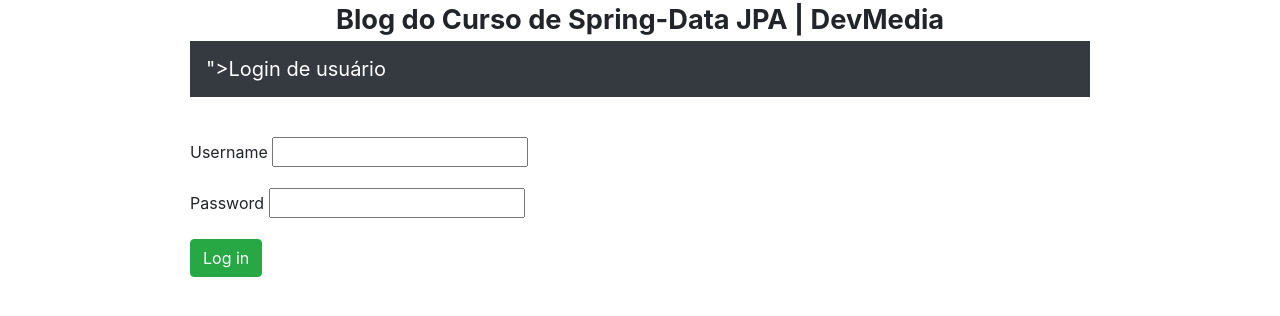
Repository: f4br1c10/Curso-Spring-Devmedia
Page: http://localhost/blog/WEB-INF/views/login.jsp
These files come from the project's save history. The page is drawn as it stood at one moment and after the next save; the edit follows.
The browser window is 1280 px wide. The pictures show the whole page.
The page is served by Tomcat 9. Nobody is signed in. The template is opened directly, without the code that normally fills it, so the values that code supplies are empty.

Above is the page before, as saved 2019-07-09 13:58:25.

After the next save:
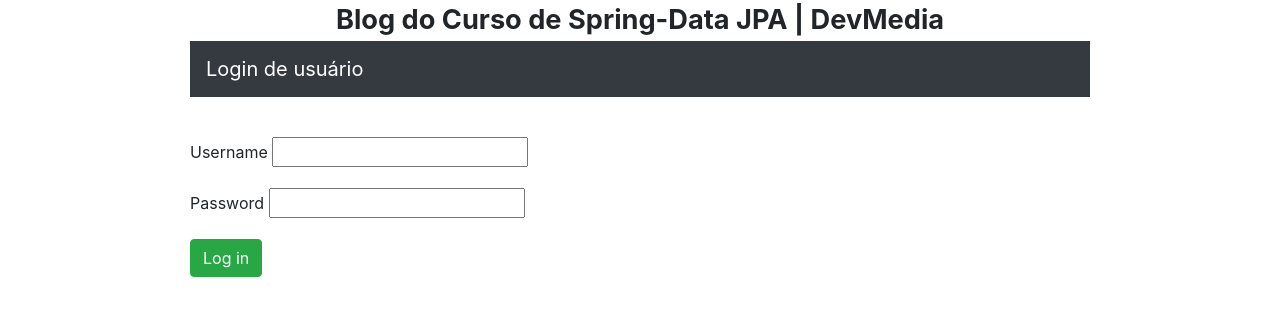
Saved 31 s later.
--- a/blog/src/main/webapp/WEB-INF/views/login.jsp
+++ b/blog/src/main/webapp/WEB-INF/views/login.jsp
@@ -117,7 +117,7 @@
 
 	<fieldset style="font-size: 10pt">
 		<nav class="navbar navbar-expand-lg navbar-dark bg-dark">
-			<a class="navbar-brand" href="<c:url value = "/"/> ">Login de usuário</a>
+			<a class="navbar-brand" href="#">Login de usuário</a>
 		</nav>
 	</fieldset><br>
 
